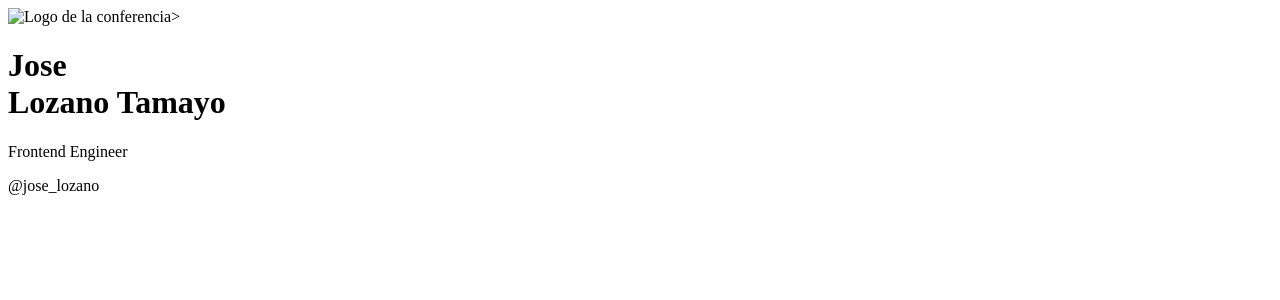
Repository: joseLozanoTamayo/project-react
Page: /badges/new (app in platzi-badges/)
An editor plug-in stored every save of this project. The page is shown before and after the next save, followed by the edit.
The browser window is 1280 px wide. The pictures show the whole page.
The project was rebuilt for these pictures with package versions that can differ from the ones it lists, and the page was loaded fresh each time.

Above is the page before, as saved 2019-05-22 21:51:24.

### platzi-badges/src/index.js
/*import React from 'react';
import ReactDOM from 'react-dom';
import 'bootstrap/dist/css/bootstrap.css';

import './global.css';
import App from './components/App';

const container = document.getElementById('app');

ReactDOM.render(<App />, container);*/

import React from "react";
import ReactDOM from "react-dom";

import Badge from './components/Badge';

const container = document.getElementById('app');
ReactDOM.render(<Badge/>, container);

### platzi-badges/src/components/Badge.js
/*import React from 'react';

import './styles/Badge.css';
import confLogo from '../images/badge-header.svg';

class Badge extends React.Component {
  render() {
    return (
      <div className="Badge">
        <div className="Badge__header">
          <img src={confLogo} alt="Logo de la conferencia" />
        </div>

        <div className="Badge__section-name">
          <img
            className="Badge__avatar"
            src={this.props.avatarUrl}
            alt="Avatar"
          />
          <h1>
            {this.props.firstName} <br /> {this.props.lastName}
          </h1>
        </div>

        <div className="Badge__section-info">
          <h3>{this.props.jobTitle}</h3>
          <div>@{this.props.twitter}</div>
        </div>

        <div className="Badge__footer">#platziconf</div>
      </div>
    );
  }
}

export default Badge;*/

import React from "react";

class Badge extends React.Component {
  render() {
    return (
      <div>
        <div>
          <img src="" alt="Logo de la conferencia" />>
        </div>
        <div>
          <h1>
            Jose <br /> Lozano Tamayo
          </h1>
        </div>
        <div>
          <p>Frontend Engineer</p>
          <p>@jose_lozano</p>
        </div>
      </div>
    );
  }
}

export default Badge;

Loaded but not shown: platzi-badges/public/index.html (common file)

After the next save:
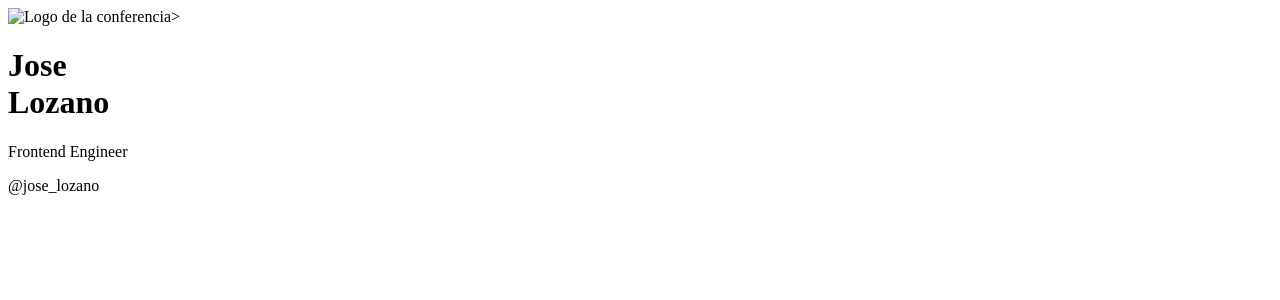
Saved 10 s later.
--- a/platzi-badges/src/components/Badge.js
+++ b/platzi-badges/src/components/Badge.js
@@ -46,7 +46,7 @@
         </div>
         <div>
           <h1>
-            Jose <br /> Lozano Tamayo
+            Jose <br /> Lozano
           </h1>
         </div>
         <div>
